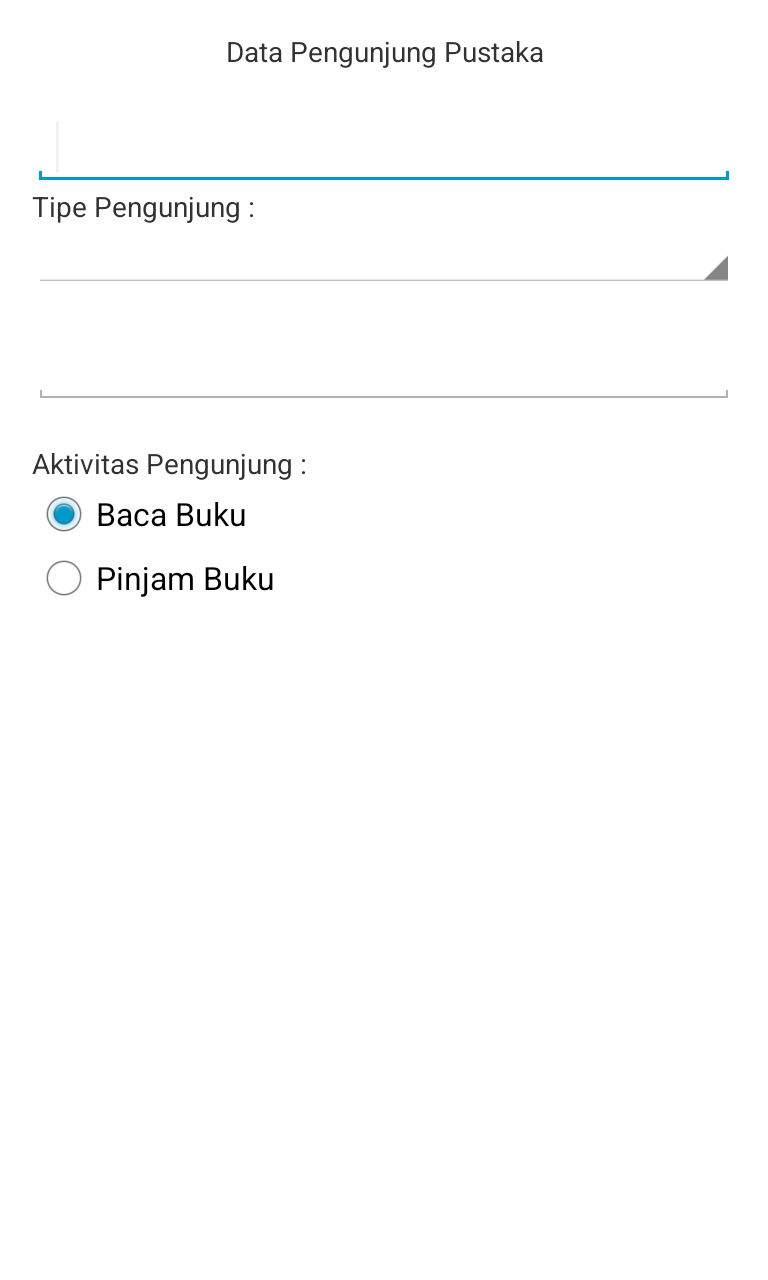
Repository: ikhsan-muhammad/mobile_programming
Layout: Kumpulan Project/Mobile_Muhammad_Ikhsan_19101152630175_IF5/res/layout/activity_page2.xml
The author's editor kept a copy of each file at every save. The layout is drawn from the files as they stood at one save, then again after the next save.
It is drawn on a 768 x 1280 px phone screen (xhdpi) without system bars, with theme AppTheme; the app's code is not run.

Above is the layout before, as saved 2022-07-13 01:36:19.

After the next save:
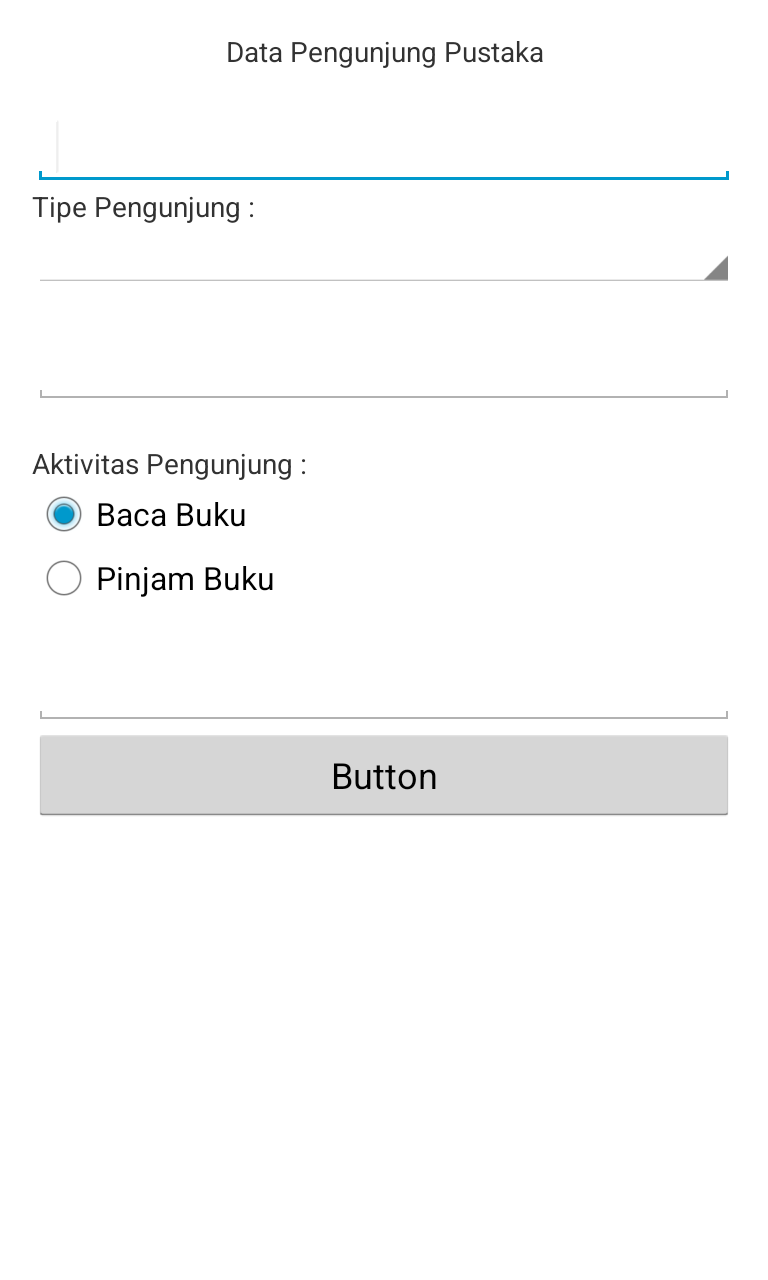
Saved 72 s later.
--- a/Kumpulan Project/Mobile_Muhammad_Ikhsan_19101152630175_IF5/res/layout/activity_page2.xml
+++ b/Kumpulan Project/Mobile_Muhammad_Ikhsan_19101152630175_IF5/res/layout/activity_page2.xml
@@ -135,6 +135,45 @@
                                                     android:text="Pinjam Buku" />
                                             </RadioGroup>
 
+                                            <LinearLayout
+                                                android:layout_width="match_parent"
+                                                android:layout_height="wrap_content"
+                                                android:orientation="vertical" >
+
+                                                <TextView
+                                                    android:id="@+id/textView7"
+                                                    android:layout_width="match_parent"
+                                                    android:layout_height="wrap_content"
+                                                    android:text=" " />
+
+                                                <LinearLayout
+                                                    android:layout_width="match_parent"
+                                                    android:layout_height="wrap_content"
+                                                    android:orientation="vertical" >
+
+                                                    <EditText
+                                                        android:id="@+id/editText3"
+                                                        android:layout_width="match_parent"
+                                                        android:layout_height="wrap_content"
+                                                        android:ems="10" />
+
+                                                    <LinearLayout
+                                                        android:layout_width="match_parent"
+                                                        android:layout_height="wrap_content"
+                                                        android:orientation="vertical" >
+
+                                                        <Button
+                                                            android:id="@+id/button1"
+                                                            android:layout_width="match_parent"
+                                                            android:layout_height="wrap_content"
+                                                            android:text="Button" />
+
+                                                    </LinearLayout>
+
+                                                </LinearLayout>
+
+                                            </LinearLayout>
+
                                         </LinearLayout>
                                     </LinearLayout>
                                 </LinearLayout>
